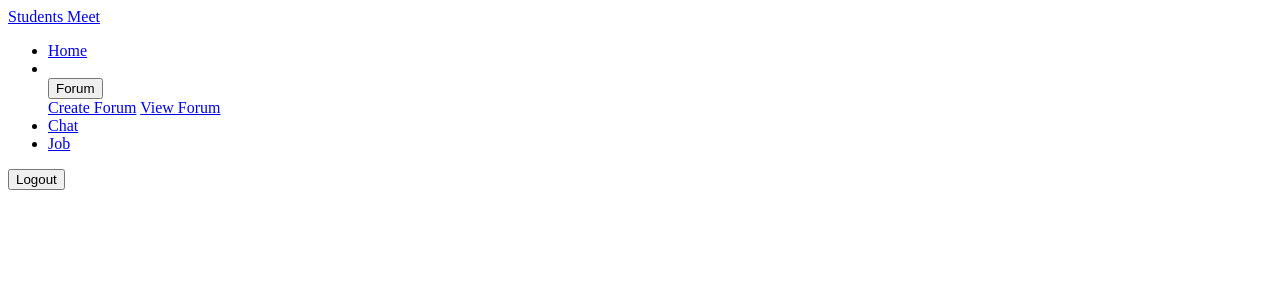
Repository: JamesArul/CLBSiteSTMT
Page: StudentsMeetFrontEnd/WebContent/Headers/UserHeader.html
These files come from the project's save history. The page is drawn as it stood at one moment and after the next save; the edit follows.
The browser window is 1280 px wide. The pictures show the whole page.

Above is the page before, as saved 2017-05-31 18:22:36.

### StudentsMeetFrontEnd/WebContent/Headers/UserHeader.html
<div ng-controller="UserController as ctrl">
<nav class="navbar navbar-default">
<div class="container-fluid">
  <div class="navbar-header">
     <a class="navbar-brand" href="#">Students Meet</a>
  </div>
  <ul class="nav navbar-nav">
      <li class="active"><a href="#!/goUserHome">Home</a></li>
      <li><a href="#!/goBlogHome"></a></li>
      <div class="dropdown">
      <button class="dropbtn">Forum</button>
    	<div class="dropdown-content">
      	 <a href="#">Create Forum</a>
      	 <a href="#">View Forum</a>
    	</div>
      </div>
      <li><a href="#">Chat</a></li>
      <li><a href="#">Job</a></li>
   </ul>
    <button class="btn btn-danger navbar-btn" ng-click="ctrl.logout()">Logout</button>
</div>
</nav>
</div>

After the next save:
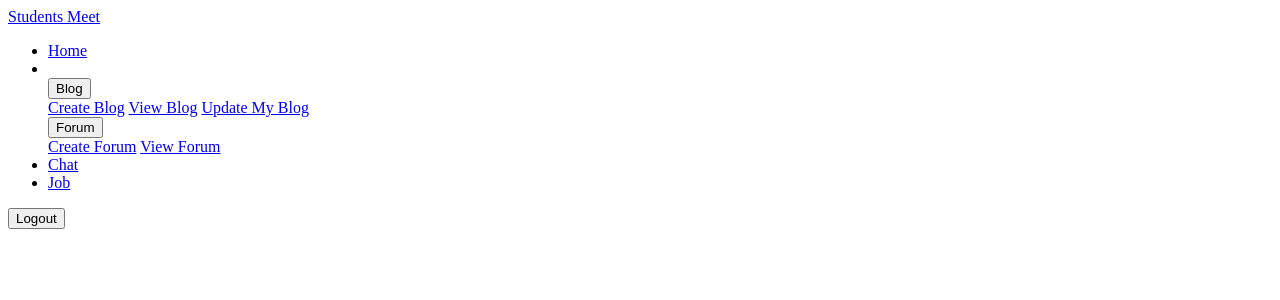
Saved 11 h 26 min later.
--- a/StudentsMeetFrontEnd/WebContent/Headers/UserHeader.html
+++ b/StudentsMeetFrontEnd/WebContent/Headers/UserHeader.html
@@ -7,6 +7,14 @@
   <ul class="nav navbar-nav">
       <li class="active"><a href="#!/goUserHome">Home</a></li>
       <li><a href="#!/goBlogHome"></a></li>
+      <div class="dropdown">
+      <button class="dropbtn">Blog</button>
+    	<div class="dropdown-content">
+      	 <a href="#!/goBlogCreate">Create Blog</a>
+      	 <a href="#">View Blog</a>
+     	 <a href="#">Update My Blog</a>
+    	</div>
+      </div>
       <div class="dropdown">
       <button class="dropbtn">Forum</button>
     	<div class="dropdown-content">
